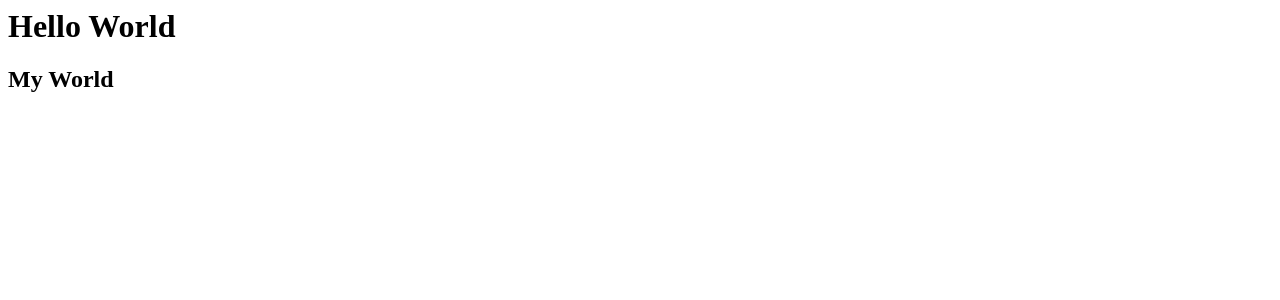
Repository: maisamn90/Flask-Practicals
Page: http://localhost/
The author's editor kept a record of every edit. The page is drawn from the files as they stood at one moment, then again after a run of edits.
The browser window is 1280 px wide. The pictures show the whole page.
Pictures or frames that could not be fetched are drawn as grey boxes. The page is served by the project's application, run on Flask 3 (run.py).

Above is the page before.

### run.py
import os
from flask import Flask, render_template

app = Flask(__name__)

@app.route('/')
def index():
    return ("<h1>Hello World</h1><h2>My World</h2>")

if __name__ == '__main__':
    app.run(host=os.environ.get('IP'),
            port=int(os.environ.get('PORT')),
            debug=True)

### templates/index.html
<!DOCTYPE html>
<html lang="en">
<head>
    <meta charset="UTF-8">
    <meta name="viewport" content="width=device-width, initial-scale=1.0">
    <meta http-equiv="X-UA-Compatible" content="ie=edge">
    <title>Document</title>
</head>
<body>
    <header>
        <nav>
            <ul>
                <li><a href="{{ url_for('index') }}">Home</a></li>
                <li><a href="{{ url_for('about') }}">About</a></li>
                <li><a href="{{ url_for('contact') }}">Contac</a></li>
            </ul>
        </nav>
    </header>
    <div class="image_box" style="background-image:url('{{ url_for('static',filename='img/casey-horner-T2l1NxKOsjY-unsplash.jpg')}}')"></div>
    <main><h1>Mais Ammaneh Index Page </h1></main>
    <footer>
        <nav>
            <ul>
                <li><a href="{{ url_for('index') }}">Home</a></li>
                <li><a href="{{ url_for('about') }}">About</a></li>
                <li><a href="{{ url_for('contact') }}">Contac</a></li>
            </ul>
        </nav>
    </footer>
</body>
</html>

After the next 3 edits:
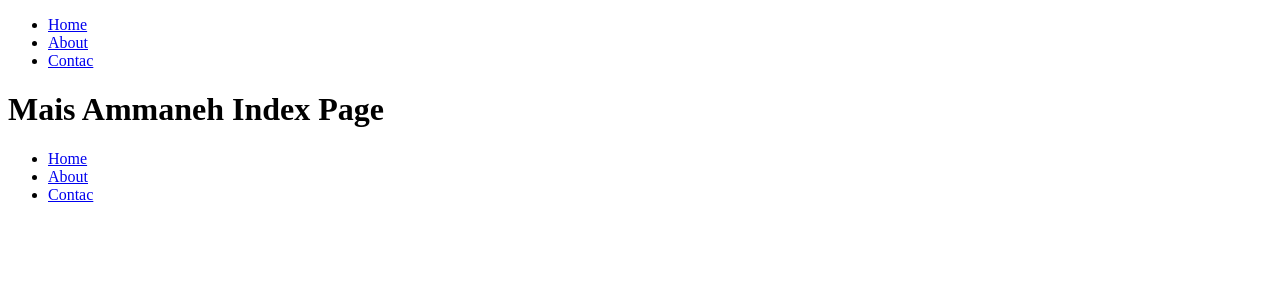
The 3 edits are shown as one change because 2 did not build or start.
The edit:
--- a/run.py
+++ b/run.py
@@ -5,7 +5,13 @@
 
 @app.route('/')
 def index():
-    return ("<h1>Hello World</h1><h2>My World</h2>")
+    return render_template("index.html")
+@app.route('/about')
+def about():
+    return render_template("about.html")
+@app.route('/contact')
+def contact():
+    return render_template("contact.html")
 
 if __name__ == '__main__':
     app.run(host=os.environ.get('IP'),
